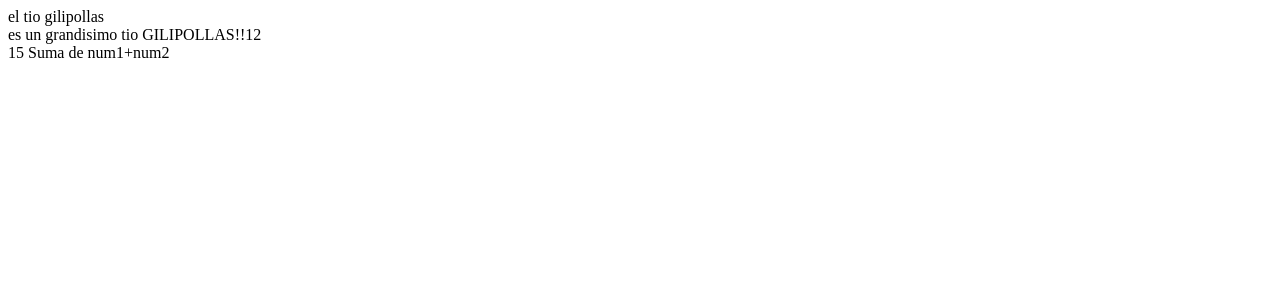
Repository: LionardoGomiz/CRUD-JS-VAINILLA
Page: http://localhost/gilipollas.php
The author's editor kept a copy of each file at every save. The page is drawn from the files as they stood at one save, then again after the next save.
The browser window is 1280 px wide. The pictures show the whole page.
The page is run by PHP 8.4 with error messages shown; the project is at /var/www/html/.

Above is the page before, as saved 2021-08-13 20:23:48.

### gilipollas.php
<?php

$palabra = "el tio ";
$palabbra2 = "gilipollas";

echo ($palabra.$palabbra2);

$num1 = 12;
$num2 = 2;
echo "<br>";

if ($num1 == 8) {
    echo "ueted no es un gilipollas";
}else{
    echo "es un grandisimo tio GILIPOLLAS!!";
}

while ($num1 <= 12) {
        echo $num1++;
}

echo "<br>";

echo ($num1+$num2." Suma de num1+num2");

After the next save:
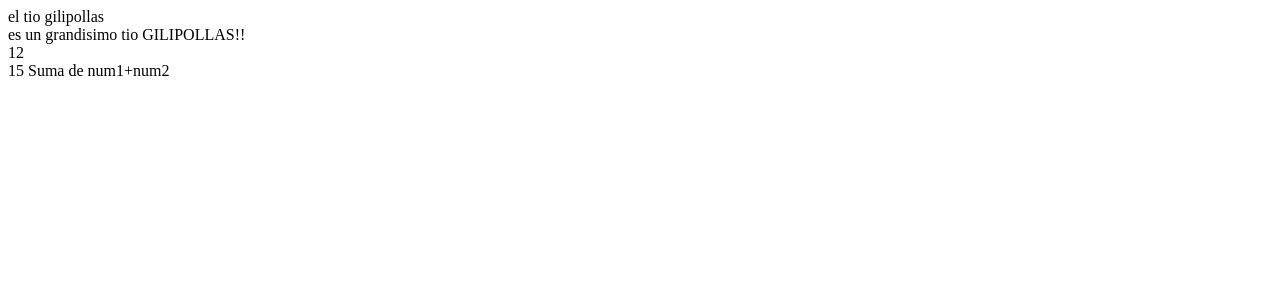
Saved 44 s later.
--- a/gilipollas.php
+++ b/gilipollas.php
@@ -12,7 +12,7 @@ echo "<br>";
 if ($num1 == 8) {
     echo "ueted no es un gilipollas";
 }else{
-    echo "es un grandisimo tio GILIPOLLAS!!";
+    echo "es un grandisimo tio GILIPOLLAS!!"."<br>";
 }
 
 while ($num1 <= 12) {
